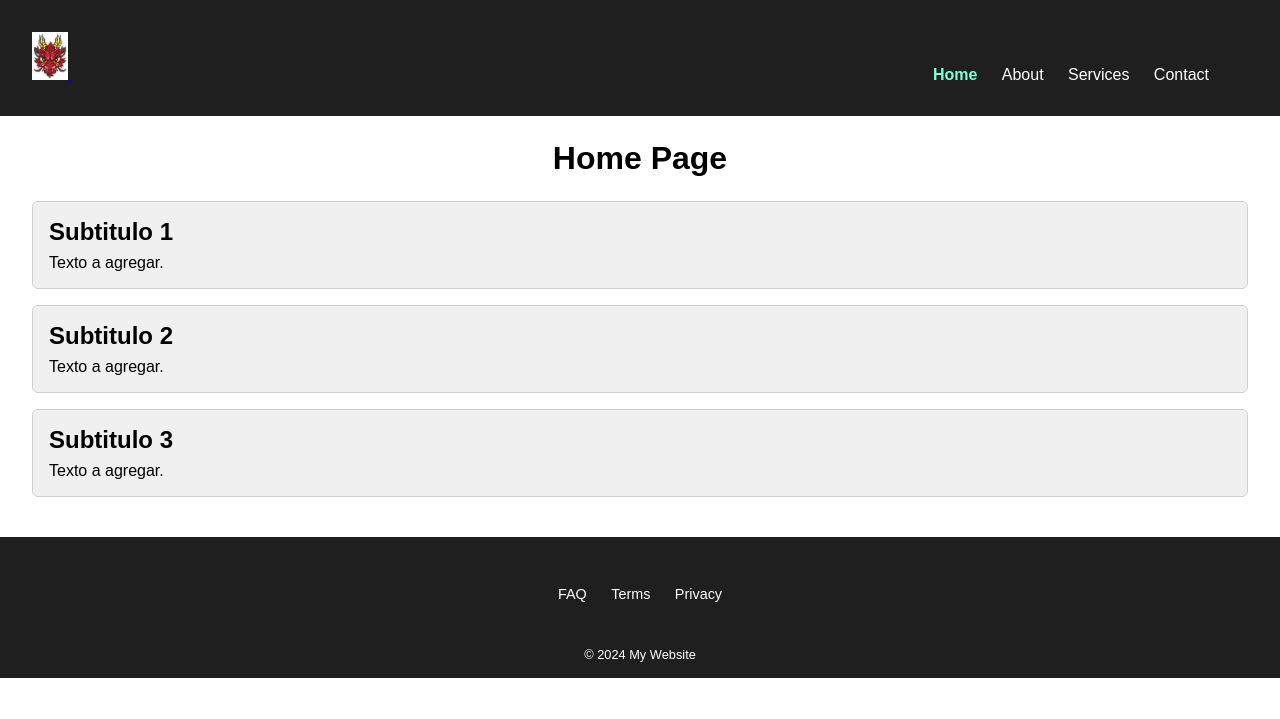
Repository: andreamm-lab/basic-navigation-example-2025-10
Page: index.html
An editor plug-in stored every save of this project. The page is shown before and after the next save, followed by the edit.
The browser window is 1280 px wide. The pictures show the whole page.

Above is the page before, as saved 2025-11-06 01:52:53.

After the next save:
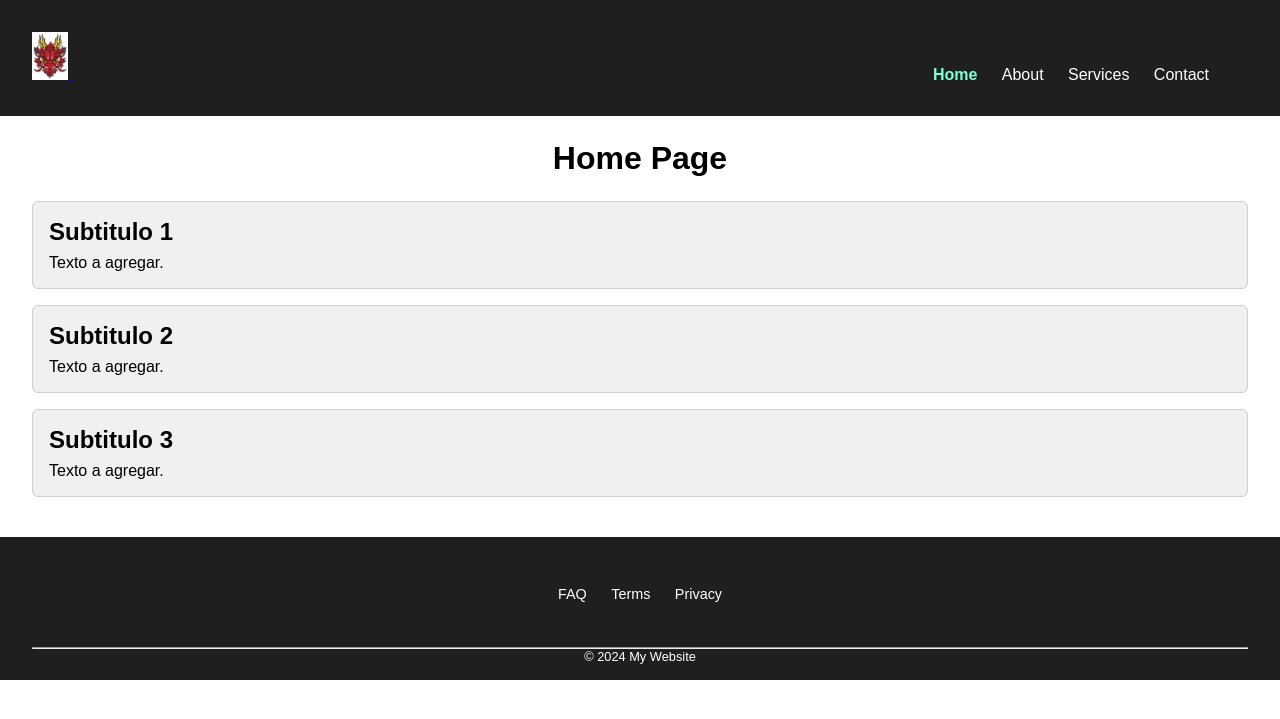
Saved 87 s later.
--- a/index.html
+++ b/index.html
@@ -51,6 +51,7 @@
                 <li><a href="#">Privacy</a></li>
             </ul>
         </nav>
+        <hr class="footer-line">
         <p>© 2024 My Website</p>
     </footer>
 </body>
